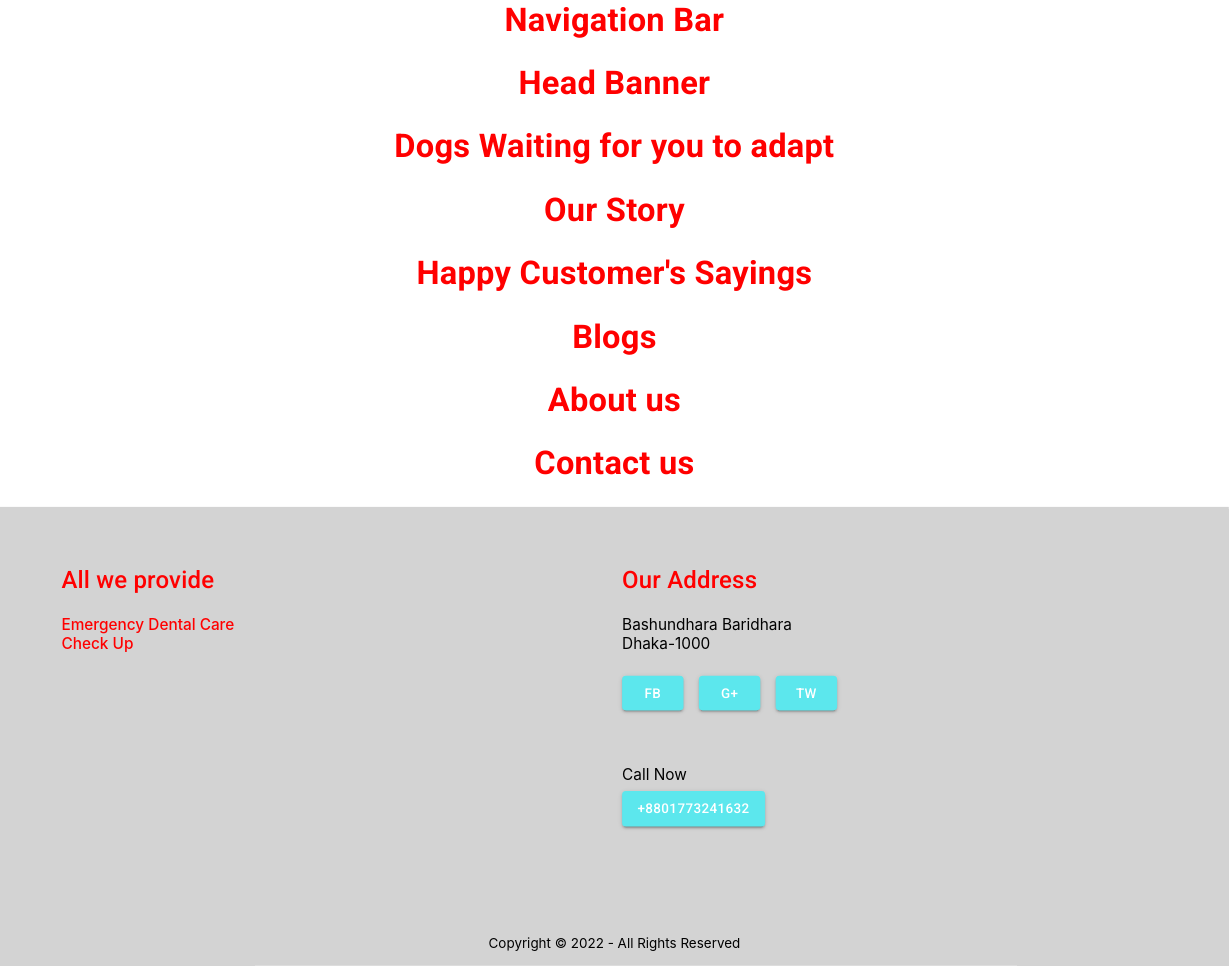
Repository: Sharif-00112/dogos-paradise-client
Page: /home
An editor plug-in stored every save of this project. The page is shown before and after the next save, followed by the edit.
The browser window is 1280 px wide. The pictures show the whole page, at 96% of full size.
The project was rebuilt for these pictures with package versions that can differ from the ones it lists, and the page was loaded fresh each time. Also part of the build but not shown: src/Pages/Login/Login/Login.js, src/Pages/Login/Register/Register.js, src/Pages/NotFound/NotFound.js.

Above is the page before, as saved 2022-11-30 22:43:13.

After the next save:
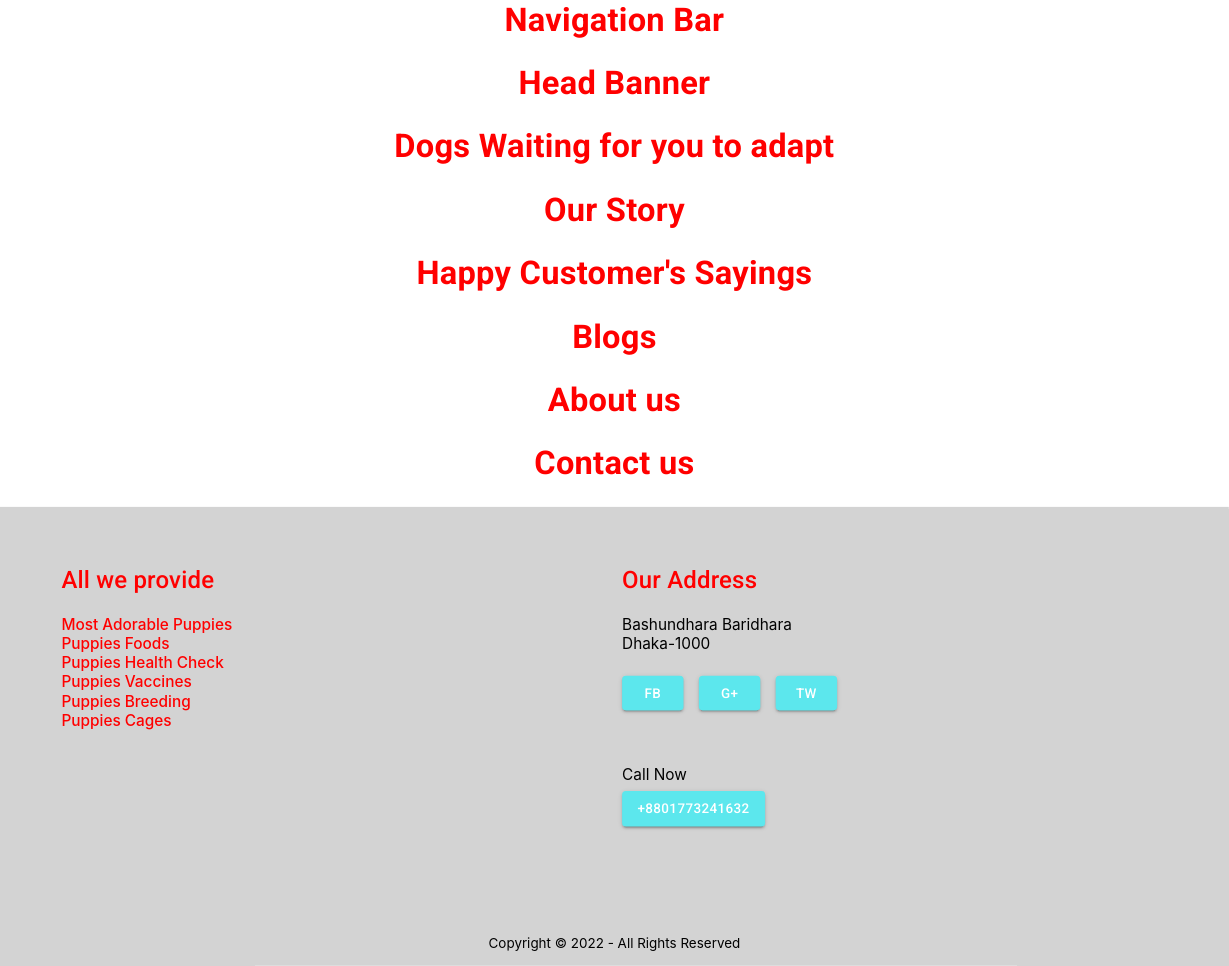
Saved 93 s later.
--- a/src/Pages/Shared/Footer/Footer.js
+++ b/src/Pages/Shared/Footer/Footer.js
@@ -18,11 +18,27 @@ const Footer = () => {
                             All we provide
                         </Typography>
                         <Link style={{ textDecoration:'none', color: 'red', fontWeight: 500, fontSize: 16 }} to = '/emergencyDentalCare'>
-                            Emergency Dental Care
+                            Most Adorable Puppies
                         </Link>
                         <br />
                         <Link style={{ textDecoration:'none', color: 'red', fontWeight: 500, fontSize: 16 }} to = '/checkUp'>
-                            Check Up
+                            Puppies Foods
+                        </Link>
+                        <br />
+                        <Link style={{ textDecoration:'none', color: 'red', fontWeight: 500, fontSize: 16 }} to = '/checkUp'>
+                            Puppies Health Check
+                        </Link>
+                        <br />
+                        <Link style={{ textDecoration:'none', color: 'red', fontWeight: 500, fontSize: 16 }} to = '/checkUp'>
+                            Puppies Vaccines
+                        </Link>
+                        <br />
+                        <Link style={{ textDecoration:'none', color: 'red', fontWeight: 500, fontSize: 16 }} to = '/checkUp'>
+                            Puppies Breeding
+                        </Link>
+                        <br />
+                        <Link style={{ textDecoration:'none', color: 'red', fontWeight: 500, fontSize: 16 }} to = '/checkUp'>
+                            Puppies Cages
                         </Link>
                     </Grid>
                     <Grid item style={{ textAlign: 'left'}} xs={6} md={6}>
